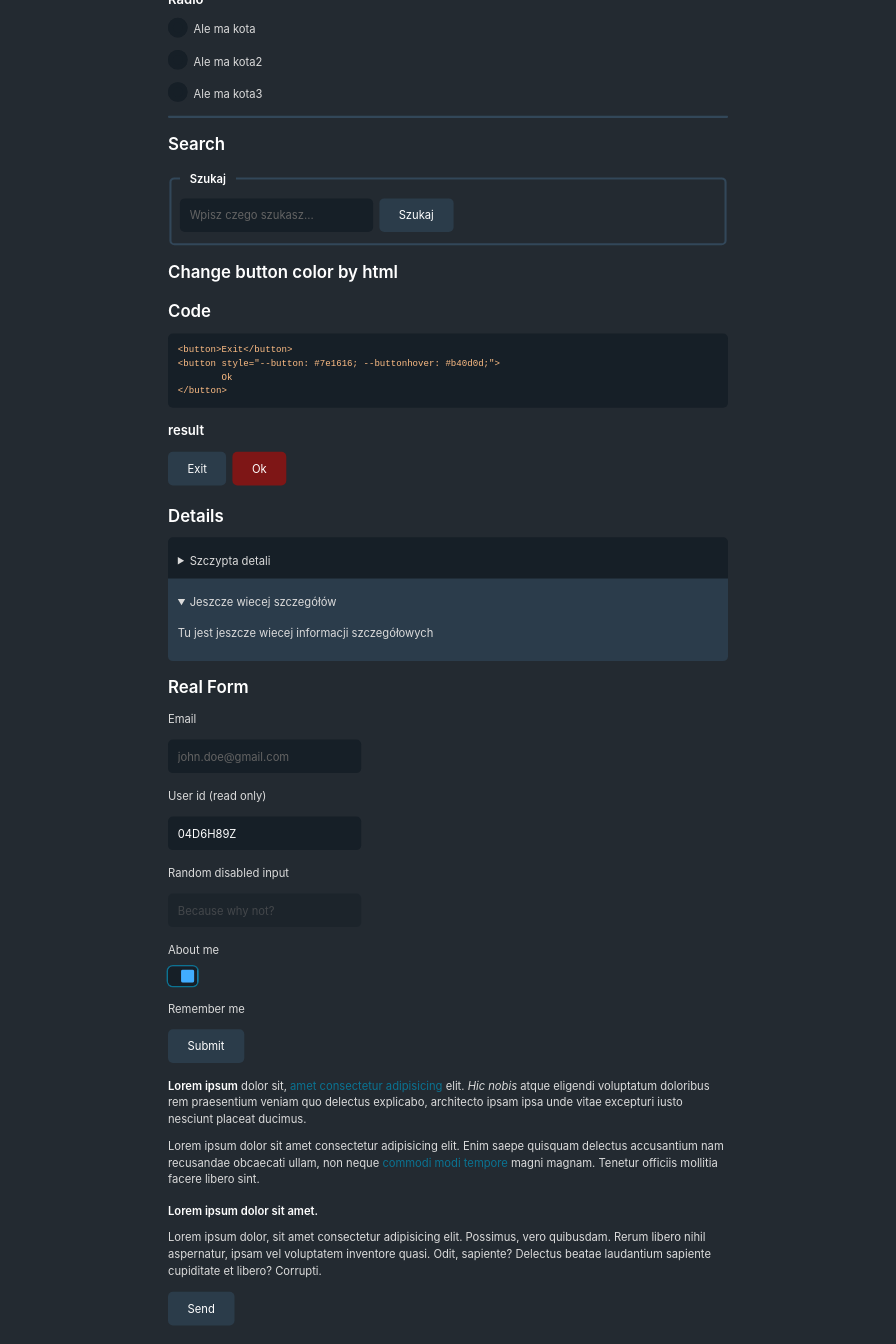
Repository: KozakBartosz/Draft
Page: index.html
The author's editor kept a copy of each file at every save. The page is drawn from the files as they stood at one save, then again after the next save.
The browser window is 1280 px wide. The pictures show the part of the page from y = 2758 to 4678 px (the page is 4678 px tall before and 4650 px after), at 70% of full size.

Above is the page before, as saved 2019-04-12 09:04:05.

After the next save:
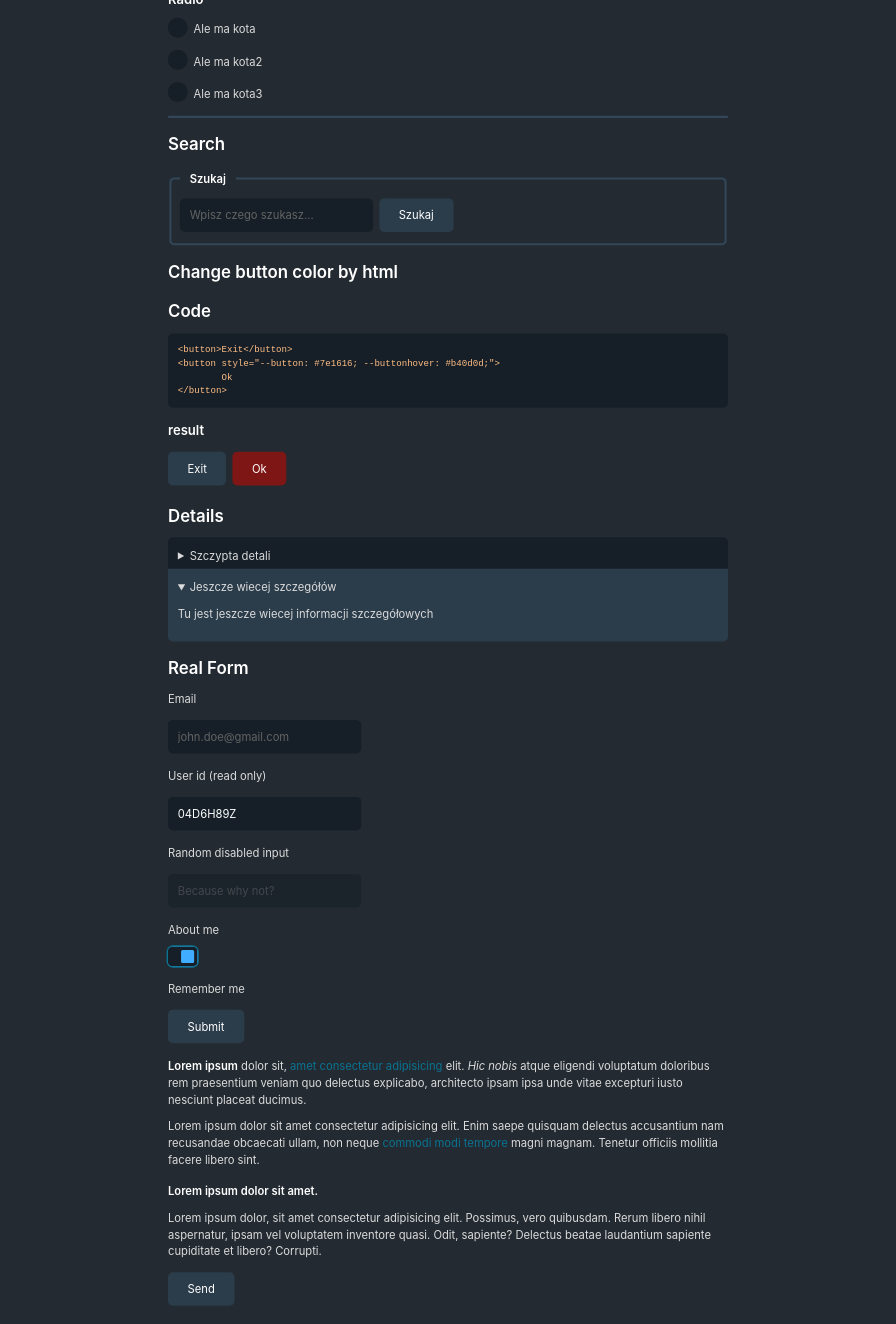
Saved 55 s later.
--- a/draft.css
+++ b/draft.css
@@ -350,7 +350,8 @@ details[open] {
 	background: var(--like);
 }
 details summary {
-	padding: calc(var(--mainpaddng) / 2) 0;
+	margin: calc(var(--mainpaddng) * -1);
+	padding: var(--mainpaddng);
 }
 
 table {
